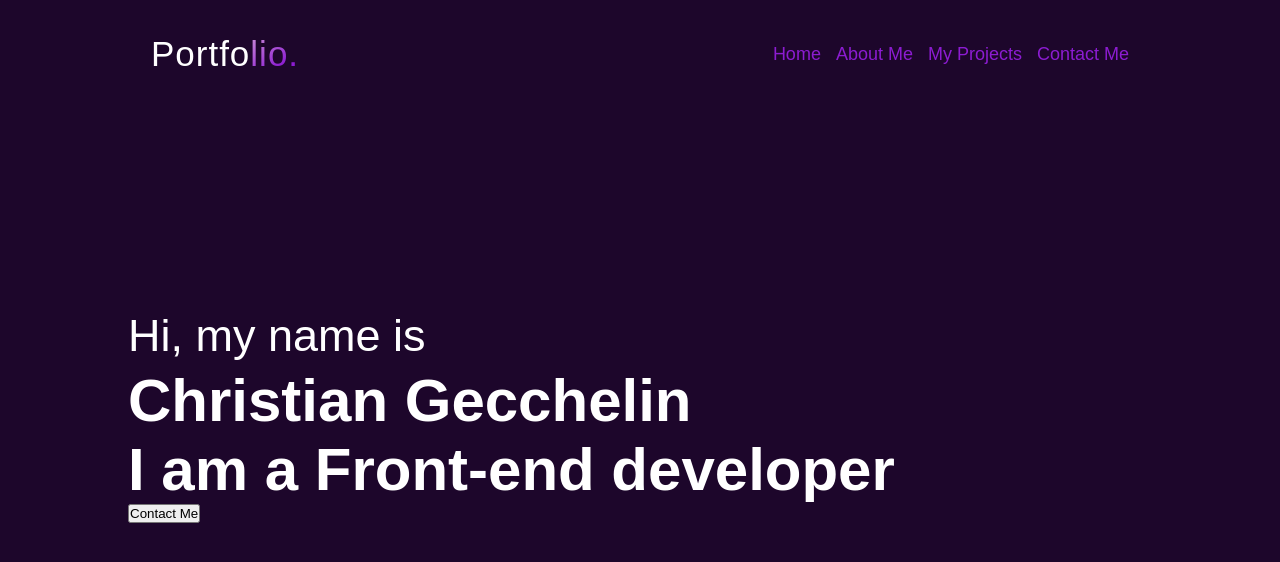
Repository: ChristianGecchelin/portfolio-web
Page: /
The author's editor kept a copy of each file at every save. The page is drawn from the files as they stood at one save, then again after the next save.
The browser window is 1280 px wide. The pictures show the whole page.
The project was rebuilt for these pictures with package versions that can differ from the ones it lists, and the page was loaded fresh each time. Also part of the build but not shown: src/App/App.css.

Above is the page before, as saved 2022-01-20 19:30:11.

### public/index.html
<!DOCTYPE html>
<html lang="en">
  <head>
    <meta charset="utf-8" />
    <link rel="icon" href="%PUBLIC_URL%/favicon.ico" />
    <meta name="viewport" content="width=device-width, initial-scale=1" />
    <meta name="theme-color" content="#000000" />
    <meta name="description" content="Portfolio Online Christian Gecchelin" />
    <link rel="apple-touch-icon" href="%PUBLIC_URL%/logo192.png" />

    <link rel="manifest" href="%PUBLIC_URL%/manifest.json" />

    <title>Portfolio Christian</title>
  </head>
  <body>
    <noscript>You need to enable JavaScript to run this app.</noscript>
    <div id="root"></div>
  </body>
</html>

### src/index.js
import React from "react";
import ReactDOM from "react-dom";

import App from "./App/index";
import "./index.css";
ReactDOM.render(<App />, document.getElementById("root"));

### src/App/index.js
import { AppUI } from "./AppUI";
import "./App.css";

function App() {
  return <AppUI></AppUI>;
}

export default App;

### src/index.css
* {
  box-sizing: border-box;
  margin: 0;
  padding: 0;
}
html {
  font-size: 62.5%;
  font-family: "DM Sans", sans-serif;
}
body {
  background: #1d062b;
  width: 100%;
  height: 100vh;
}

### src/App/AppUI.js
import React from "react";
import { Header } from "../Header/Index.js";
import { Home } from "../Home/Index.js";
import "./App.css";

function AppUI() {
  return (
    <>
      <Header />
      <Home />
    </>
  );
}
export { AppUI };

### src/Header/Index.js
import React from "react";
import { NavBar } from "./NavBar";
import "./header.css";

function Header() {
  return (
    <header>
      <h1>
        Portfo<span>lio.</span>
      </h1>
      <NavBar />
    </header>
  );
}
export { Header };

### src/Home/Index.js
import React from "react";
import "./Home.css";
function Home() {
  return (
    <section className="Home-container">
      <div className="text-container">
        <p className="first-lineText">Hi, my name is</p>
        <p className="principal-lineText">Christian Gecchelin</p>
        <p className="secondary-lineText">I am a Front-end developer</p>
      </div>
      <button>Contact Me</button>
    </section>
  );
}
export { Home };

### src/Header/NavBar/index.js
import React from "react";
import { MobileNavigation } from "./MobileNavigation";
import { Navigation } from "./Navigation";
import "./NavBar.css";
function NavBar() {
  return (
    <div className="NavBar">
      <MobileNavigation />
      <Navigation />
    </div>
  );
}
export { NavBar };

### src/Header/header.css
header {
  display: flex;
  flex-direction: row;
  justify-content: space-around;
  align-items: center;
  gap: 5%;
  width: 100%;
  height: 15vh;
}
header h1 {
  margin: 0;
  width: 20%;
  min-width: 200px;
  font-size: 3.5rem;
  letter-spacing: 1px;
  font-weight: 500;
  color: #fff;
}
header h1 span {
  background: linear-gradient(147deg, #ce93d8 0%, #8c1cd1 74%);
  -webkit-background-clip: text;
  color: transparent;
  font-weight: 500;
}
@media (max-width: 750px) {
  header {
    justify-content: center;
    gap: 0;
  }
}

### src/Home/Home.css
.Home-container {
  position: relative;
  display: flex;
  flex-direction: column;
  justify-content: center;
  align-items: flex-start;
  width: 80%;
  min-width: 280px;
  height: 85vh;
  margin: 0 auto;
}
.text-container {
  display: flex;
  flex-direction: column;
  justify-content: center;
  align-items: flex-start;
  width: 100%;
  height: auto;
}
.first-lineText {
  font-size: 4.5rem;
  font-weight: 500;
  line-height: 6rem;
  color: #fff;
}
.principal-lineText {
  font-size: 6rem;
  font-weight: 700;
  color: #fff;
}
.secondary-lineText {
  font-size: 6rem;
  font-weight: 700;
  color: #fff;
}

### src/Header/NavBar/MobileNavigation.js
import React, { useState } from "react";
import "./NavBar.css";
import { NavLinks } from "./NavLinks";
import { TiThMenu } from "react-icons/ti";
function MobileNavigation() {
  const [open, setOpen] = useState(false);
  const closeMobileMenu = () => setOpen(false);
  return (
    <nav className="MobileNavigation">
      <TiThMenu className="hamburguer" onClick={() => setOpen(!open)} />
      {open && <NavLinks isMobile={true} closeMobileMenu={closeMobileMenu} />}
    </nav>
  );
}
export { MobileNavigation };

### src/Header/NavBar/Navigation.js
import React from "react";
import "./NavBar.css";
import { NavLinks } from "./NavLinks";
function Navigation() {
  return (
    <nav className="Navigation">
      <NavLinks />
    </nav>
  );
}
export { Navigation };

### src/Header/NavBar/NavBar.css
.NavBar .MobileNavigation {
  display: none;
}
.NavBar .Navigation {
  display: flex;
  align-items: center;
}
.NavBar nav ul {
  display: flex;
  flex-direction: row;
  justify-content: flex-end;
  gap: 15px;
  text-align: center;
  list-style: none;
}
.NavBar nav ul li a {
  font-size: 1.8rem;
  font-weight: 500;
  line-height: 2rem;
  text-decoration: none;
  color: #8c1cd1;
}
a:visited {
  color: #8c1cd1;
}
.NavBar nav ul li a:hover {
  color: #fff;
}
@media (max-width: 750px) {
  .NavBar .Navigation {
    display: none;
  }
  .NavBar .MobileNavigation {
    display: flex;
    align-items: center;
  }
  .NavBar .MobileNavigation .hamburguer {
    position: absolute;
    color: #fff;
    height: 2rem;
    width: 2rem;
    cursor: pointer;
    z-index: 1;
  }
  .NavBar nav ul {
    display: flex;
    flex-direction: column;
    justify-content: center;
    gap: 10px;
    position: absolute;
    margin: 0;
    top: 0;
    right: 0;
    width: 100%;
    height: 100vh;
    background: rgba(0, 0, 0, 0.4);
    text-align: center;
  }
  .NavBar nav ul li a {
    font-size: 2.4rem;
    font-weight: 500;
    line-height: 2.5rem;
    text-decoration: none;
    letter-spacing: 1px;
  }
  a:visited {
    color: #8c1cd1;
  }
}

### src/Header/NavBar/NavLinks.js
import React from "react";
import "./NavBar.css";
import { motion } from "framer-motion";
function NavLinks(props) {
  const animateFrom = { opacity: 0, y: -40 };
  const animateTo = { opacity: 1, y: 0 };
  return (
    <ul>
      <motion.li
        initial={animateFrom}
        animate={animateTo}
        transition={{ delay: 0.05 }}
        onClick={() => props.isMobile && props.closeMobileMenu()}
      >
        <a href="#home">Home</a>
      </motion.li>
      <motion.li
        initial={animateFrom}
        animate={animateTo}
        transition={{ delay: 0.1 }}
        onClick={() => props.isMobile && props.closeMobileMenu()}
      >
        <a href="#aboutMe">About Me</a>
      </motion.li>
      <motion.li
        initial={animateFrom}
        animate={animateTo}
        transition={{ delay: 0.2 }}
        onClick={() => props.isMobile && props.closeMobileMenu()}
      >
        <a href="#myProjects">My Projects</a>
      </motion.li>
      <motion.li
        initial={animateFrom}
        animate={animateTo}
        transition={{ delay: 0.3 }}
        onClick={() => props.isMobile && props.closeMobileMenu()}
      >
        <a href="#contactMe">Contact Me</a>
      </motion.li>
    </ul>
  );
}
export { NavLinks };

After the next save:
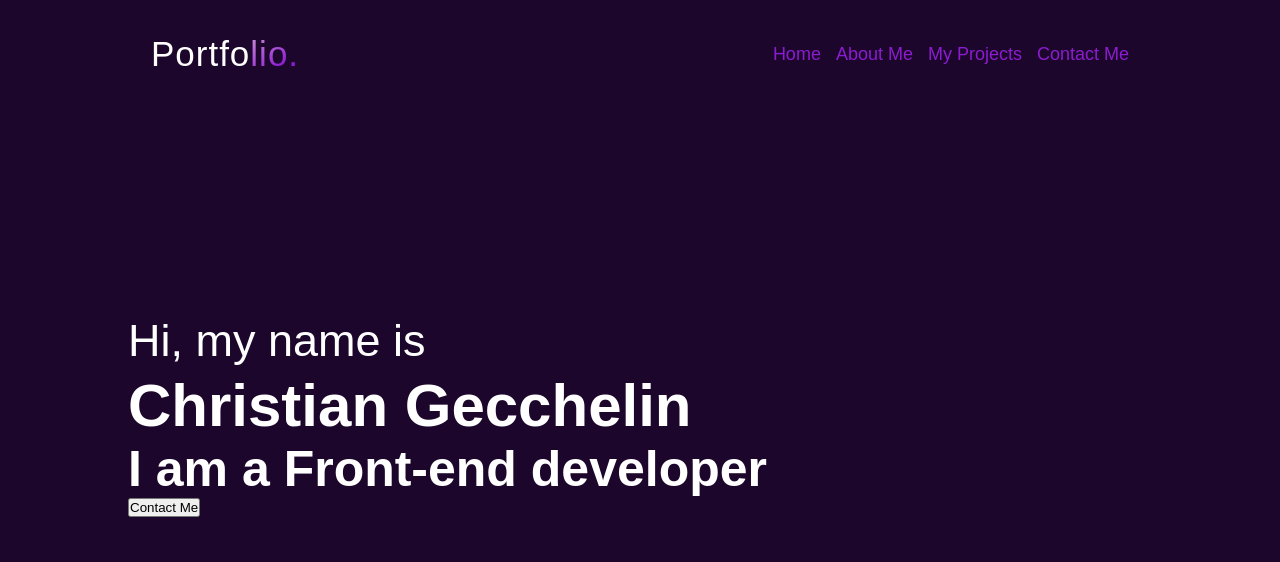
Saved 15 s later.
--- a/src/Home/Home.css
+++ b/src/Home/Home.css
@@ -29,7 +29,7 @@
   color: #fff;
 }
 .secondary-lineText {
-  font-size: 6rem;
+  font-size: 5rem;
   font-weight: 700;
   color: #fff;
 }
